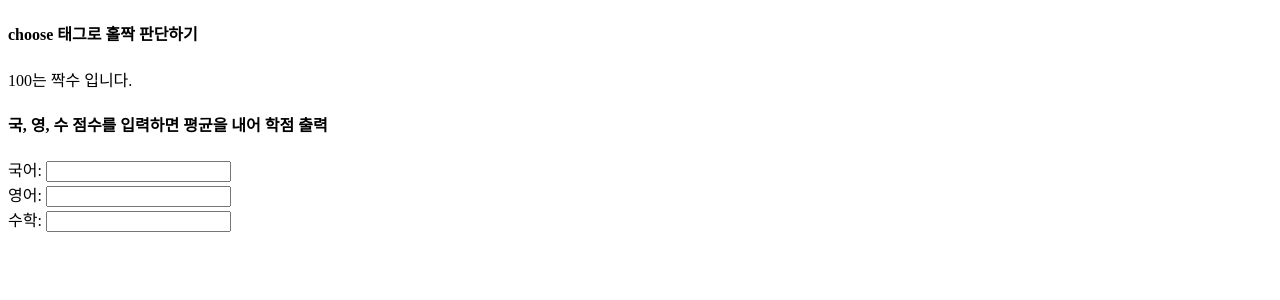
Repository: Motibidu/JSP_Servlet
Page: http://localhost/MushHaveJsp/11JSTL/core/Choose.jsp
The author's editor kept a copy of each file at every save. The page is drawn from the files as they stood at one save, then again after the next save.
The browser window is 1280 px wide. The pictures show the whole page.
The page is served by Tomcat 10. Other server files are loaded and not shown.

Above is the page before, as saved 2025-05-13 01:45:49.

### MushHaveJsp/src/main/webapp/11JSTL/core/Choose.jsp
<%@ page language="java" contentType="text/html; charset=UTF-8" pageEncoding="UTF-8"%>
<%@ taglib prefix="c" uri="jakarta.tags.core"%>
<!DOCTYPE html>
<html>
<head>
<meta charset="UTF-8">
<title>JSTL- choose/when/otherwise</title>
</head>
<body>
	<c:set var="number" value="100" />

	<h4>choose 태그로 홀짝 판단하기</h4>
	<c:choose>
		<c:when test="${ number mod 2 eq 0 }">
			${ number }는 짝수 입니다.
		</c:when>
		<c:otherwise>
			${ number }는 홀수입니다.
		</c:otherwise>
	</c:choose>

	<h4>국, 영, 수 점수를 입력하면 평균을 내어 학점 출력</h4>
	<form>
		<label for="kor">국어: </label>
		<input type= "text" id="kor" name="kor"/><br/>
		<label for="eng">영어: </label>
		<input type= "text" id="eng" name="eng"/><br/>
		<label for="kor">수학: </label>
		<input type= "text" id="math" name="math"/><br/>
	</form>

	<c:if test= "${not (empty param.kor or empty param.eng or empty param.math) }">
		<c:set var="avg" value= "${ (param.kor+ param.eng+ param.math)/ 3 }"/>
		<c:choose>
			<c:when test= "${ avg>= 90 }">A 학점</c:when>
			<c:when test= "${ avg>= 80 }">B 학점</c:when>
			<c:when test= "${ avg>= 70 }">C 학점</c:when>
			<c:when test= "${ avg>= 60 }">D 학점</c:when>
			<c:otherwise>F 학점</c:otherwise>
		</c:choose>
		입니다.
	</c:if>
</body>
</html>

After the next save:
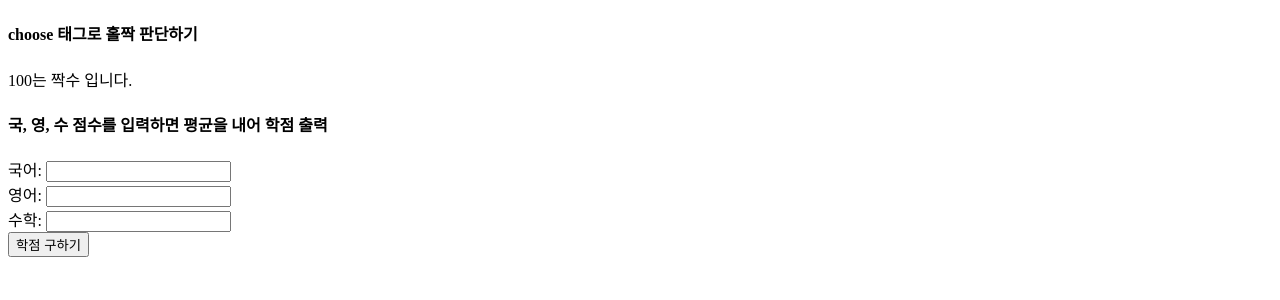
Saved 19 s later.
--- a/MushHaveJsp/src/main/webapp/11JSTL/core/Choose.jsp
+++ b/MushHaveJsp/src/main/webapp/11JSTL/core/Choose.jsp
@@ -27,6 +27,7 @@
 		<input type= "text" id="eng" name="eng"/><br/>
 		<label for="kor">수학: </label>
 		<input type= "text" id="math" name="math"/><br/>
+		<button type="submit">학점 구하기</button>
 	</form>
 
 	<c:if test= "${not (empty param.kor or empty param.eng or empty param.math) }">
